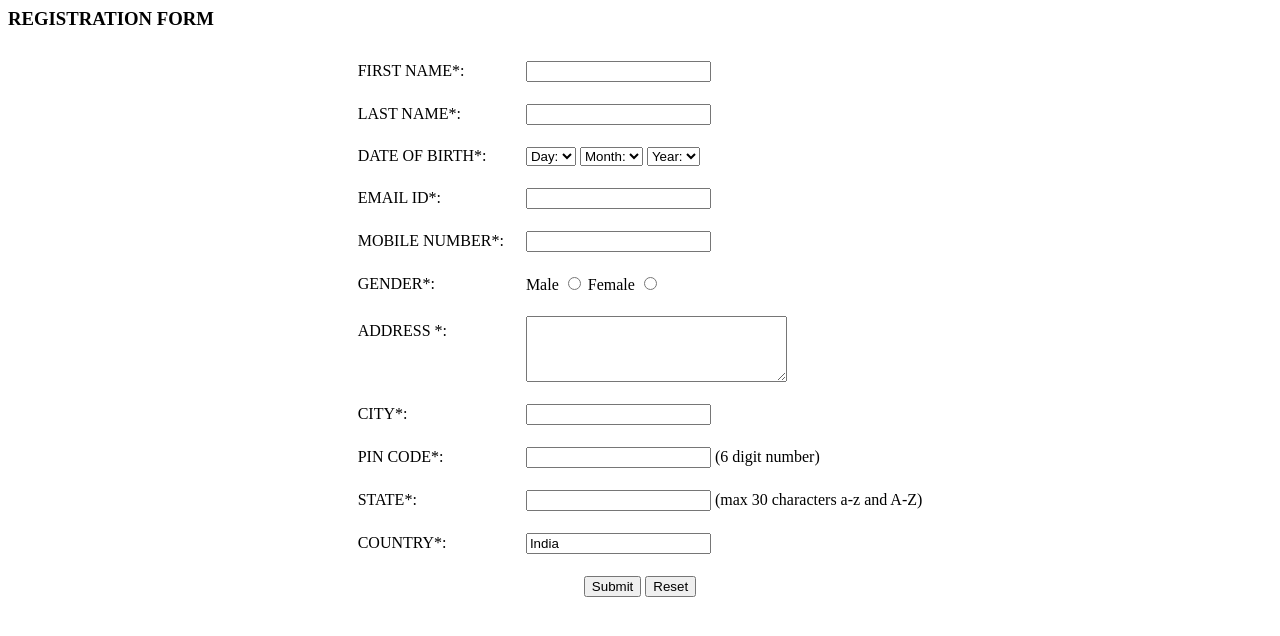
Repository: varshaumeshhs55/ServletProject
Page: LoginRegistrationApp/WebContent/index5.html
The author's editor kept a copy of each file at every save. The page is drawn from the files as they stood at one save, then again after the next save.
The browser window is 1280 px wide. The pictures show the whole page.

Above is the page before, as saved 2019-01-22 10:43:28.

### LoginRegistrationApp/WebContent/index5.html
<html>
<head>
<title>Registration Form</title>

</head>

<body>
<h3>REGISTRATION FORM</h3>


<table align="center" cellpadding = "10">

<!----- First Name ---------------------------------------------------------->
<tr>
<td>FIRST NAME*:</td>
<td><input type="text" name="First_Name" >

</td>
</tr>

<!----- Last Name ---------------------------------------------------------->
<tr>
<td>LAST NAME*:</td>
<td><input type="text" name="Last_Name" >

</td>
</tr>

<!----- Date Of Birth -------------------------------------------------------->
<tr>
<td>DATE OF BIRTH*:</td>

<td>
<select name="Birthday_day" id="Birthday_Day">
<option value="-1">Day:</option>
<option value="1">1</option>
<option value="2">2</option>
<option value="3">3</option>

<option value="4">4</option>
<option value="5">5</option>
<option value="6">6</option>
<option value="7">7</option>
<option value="8">8</option>
<option value="9">9</option>
<option value="10">10</option>
<option value="11">11</option>
<option value="12">12</option>

<option value="13">13</option>
<option value="14">14</option>
<option value="15">15</option>
<option value="16">16</option>
<option value="17">17</option>
<option value="18">18</option>
<option value="19">19</option>
<option value="20">20</option>
<option value="21">21</option>

<option value="22">22</option>
<option value="23">23</option>
<option value="24">24</option>
<option value="25">25</option>
<option value="26">26</option>
<option value="27">27</option>
<option value="28">28</option>
<option value="29">29</option>
<option value="30">30</option>

<option value="31">31</option>
</select>

<select id="Birthday_Month" name="Birthday_Month">
<option value="-1">Month:</option>
<option value="January">Jan</option>
<option value="February">Feb</option>
<option value="March">Mar</option>
<option value="April">Apr</option>
<option value="May">May</option>
<option value="June">Jun</option>
<option value="July">Jul</option>
<option value="August">Aug</option>
<option value="September">Sep</option>
<option value="October">Oct</option>
<option value="November">Nov</option>
<option value="December">Dec</option>
</select>

<select name="Birthday_Year" id="Birthday_Year">

<option value="-1">Year:</option>
<option value="2012">2012</option>
<option value="2011">2011</option>
<option value="2010">2010</option>
<option value="2009">2009</option>
<option value="2008">2008</option>
<option value="2007">2007</option>
<option value="2006">2006</option>
<option value="2005">2005</option>
<option value="2004">2004</option>
<option value="2003">2003</option>
<option value="2002">2002</option>
<option value="2001">2001</option>
<option value="2000">2000</option>

<option value="1999">1999</option>
<option value="1998">1998</option>
<option value="1997">1997</option>
<option value="1996">1996</option>
<option value="1995">1995</option>
<option value="1994">1994</option>
<option value="1993">1993</option>
<option value="1992">1992</option>
<option value="1991">1991</option>
<option value="1990">1990</option>

<option value="1989">1989</option>
<option value="1988">1988</option>
<option value="1987">1987</option>
<option value="1986">1986</option>
<option value="1985">1985</option>
<option value="1984">1984</option>
<option value="1983">1983</option>
<option value="1982">1982</option>
<option value="1981">1981</option>
<option value="1980">1980</option>
</select>
</td>
</tr>

<!----- Email Id ---------------------------------------------------------->
<tr>
<td>EMAIL ID*:</td>
<td><input type="text" name="Email_Id"></td>
</tr>

<!----- Mobile Number ---------------------------------------------------------->
<tr>
<td>MOBILE NUMBER*:</td>
<td>
<input type="text" name="Mobile_Number">

</td>
</tr>

<!----- Gender ----------------------------------------------------------->
<tr>
<td>GENDER*:</td>
<td>
Male <input type="radio" name="Gender" value="Male" />
Female <input type="radio" name="Gender" value="Female" />
</td>
</tr>

<!----- Address ---------------------------------------------------------->
<tr>
<td>ADDRESS *:<br /><br /><br /></td>
<td><textarea name="Address" rows="4" cols="30"></textarea></td>
</tr>

<!----- City ---------------------------------------------------------->
<tr>
<td>CITY*:</td>
<td><input type="text" name="City" >

</td>
</tr>

<!----- Pin Code ---------------------------------------------------------->
<tr>
<td>PIN CODE*:</td>
<td><input type="text" name="Pin_Code" maxlength="6" />
(6 digit number)
</td>
</tr>

<!----- State ---------------------------------------------------------->
<tr>
<td>STATE*:</td>
<td><input type="text" name="State" maxlength="30" />
(max 30 characters a-z and A-Z)
</td>
</tr>

<!----- Country ---------------------------------------------------------->
<tr>
<td>COUNTRY*:</td>
<td><input type="text" name="Country" value="India" readonly="readonly" /></td>
</tr>


<!----- Submit and Reset ------------------------------------------------->
<tr>
<td colspan="2" align="center">
<input type="submit" value="Submit">
<input type="reset" value="Reset">
</td>
</tr>
</table>

</form>

</body>
</html>

After the next save:
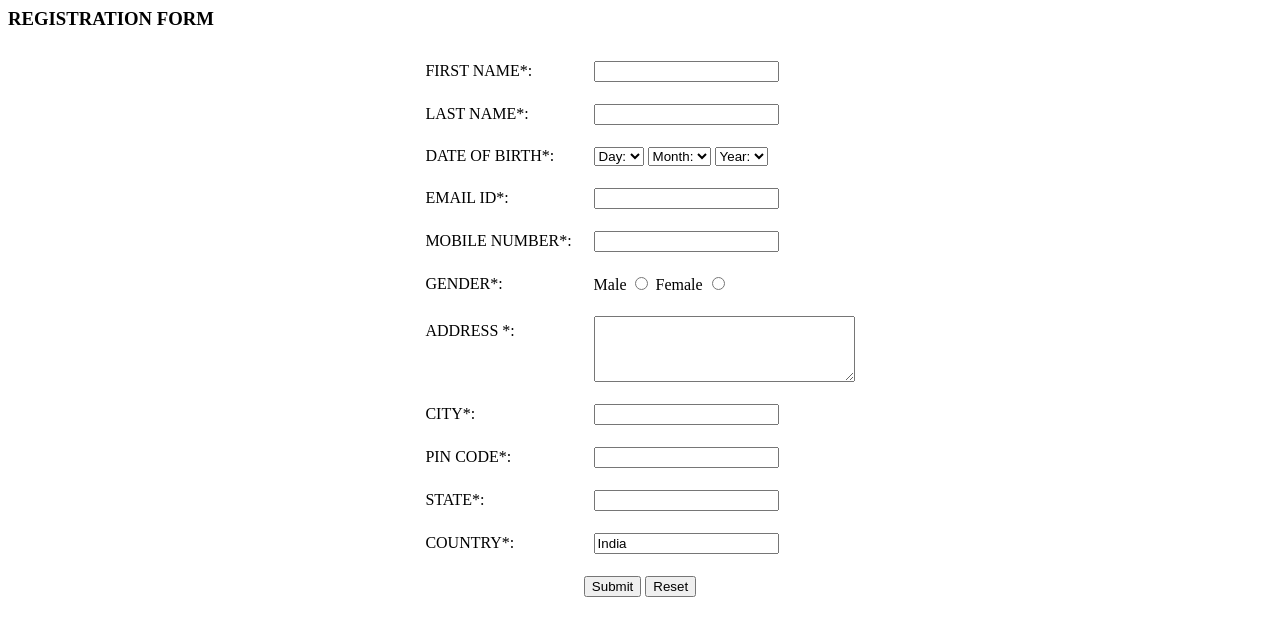
Saved 41 s later.
--- a/LoginRegistrationApp/WebContent/index5.html
+++ b/LoginRegistrationApp/WebContent/index5.html
@@ -169,16 +169,16 @@ Female <input type="radio" name="Gender" value="Female" />
 <!----- Pin Code ---------------------------------------------------------->
 <tr>
 <td>PIN CODE*:</td>
-<td><input type="text" name="Pin_Code" maxlength="6" />
-(6 digit number)
+<td><input type="text" name="Pin_Code">
+
 </td>
 </tr>
 
 <!----- State ---------------------------------------------------------->
 <tr>
 <td>STATE*:</td>
-<td><input type="text" name="State" maxlength="30" />
-(max 30 characters a-z and A-Z)
+<td><input type="text" name="State">
+
 </td>
 </tr>
 
